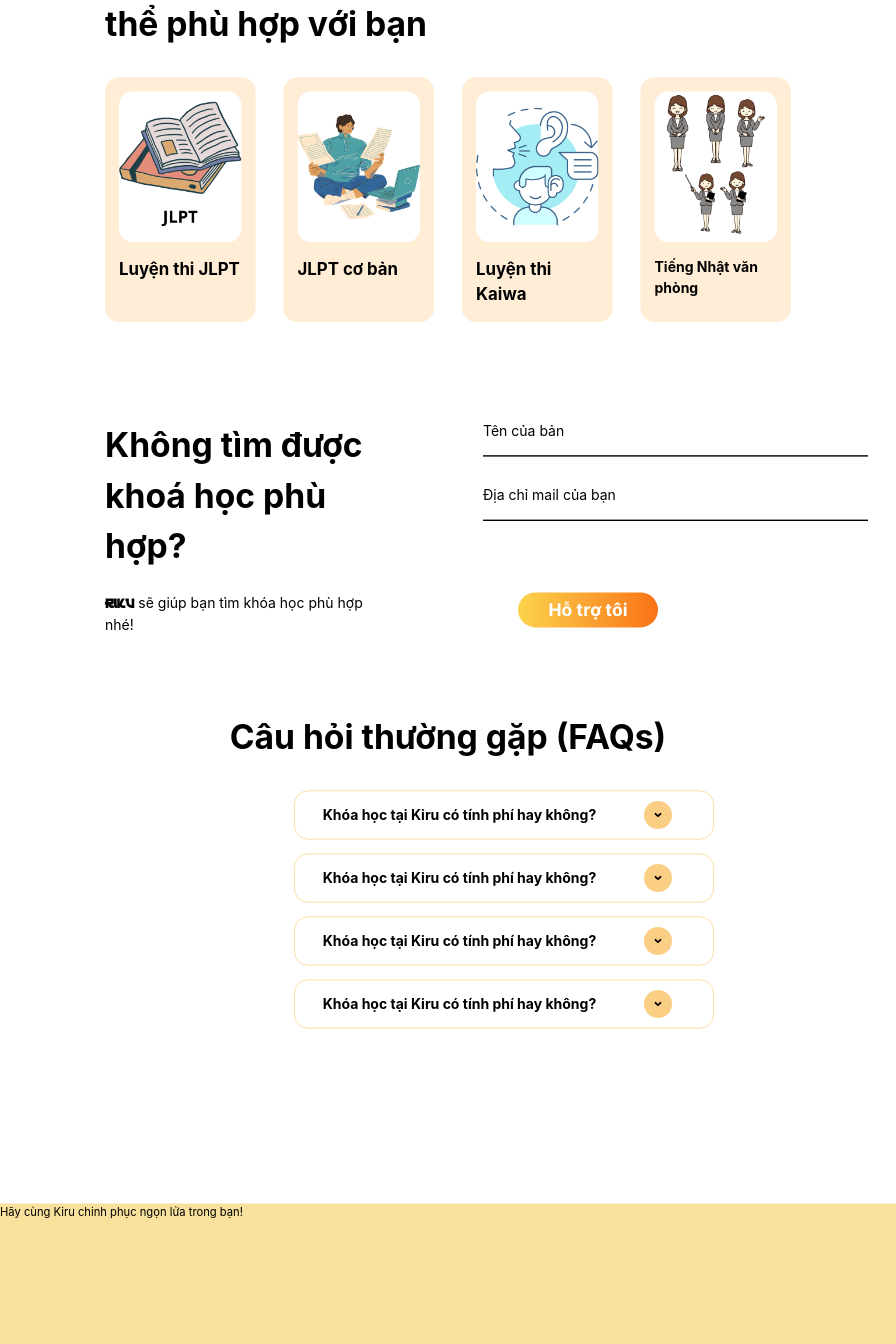
Repository: Quynhhuong150322/Kiru_Website-hoc-tieng-Nhat
Page: /
The author's editor kept a copy of each file at every save. The page is drawn from the files as they stood at one save, then again after the next save.
The browser window is 1280 px wide. The pictures show the part of the page from y = 2855 to 4775 px (the page is 4775 px tall), at 70% of full size.
The project was rebuilt for these pictures with package versions that can differ from the ones it lists, and the page was loaded fresh each time.

Above is the page before, as saved 2023-08-16 17:39:44.

### public/index.html
<!DOCTYPE html>
<html lang="en">
  <head>
    <meta charset="utf-8" />
    <link rel="icon" href="%PUBLIC_URL%/favicon.ico" />
    <meta name="viewport" content="width=device-width, initial-scale=1" />
    <meta name="theme-color" content="#000000" />
    <meta
      name="description"
      content="Web site created using create-react-app"
    />
    <link rel="apple-touch-icon" href="%PUBLIC_URL%/logo192.png" />
    <!--
      manifest.json provides metadata used when your web app is installed on a
      user's mobile device or desktop. See https://developers.google.com/web/fundamentals/web-app-manifest/
    -->
    <link rel="manifest" href="%PUBLIC_URL%/manifest.json" />
    <!--
      Notice the use of %PUBLIC_URL% in the tags above.
      It will be replaced with the URL of the `public` folder during the build.
      Only files inside the `public` folder can be referenced from the HTML.

      Unlike "/favicon.ico" or "favicon.ico", "%PUBLIC_URL%/favicon.ico" will
      work correctly both with client-side routing and a non-root public URL.
      Learn how to configure a non-root public URL by running `npm run build`.
    -->
    <title>Kiru web</title>
  </head>
  <body>
    <noscript>You need to enable JavaScript to run this app.</noscript>
    <div id="root"></div>
    <!--
      This HTML file is a template.
      If you open it directly in the browser, you will see an empty page.

      You can add webfonts, meta tags, or analytics to this file.
      The build step will place the bundled scripts into the <body> tag.

      To begin the development, run `npm start` or `yarn start`.
      To create a production bundle, use `npm run build` or `yarn build`.
    -->
  </body>
</html>

### src/index.js
import React from 'react';
import ReactDOM from 'react-dom/client';
import './index.css';
import App from './App';
import reportWebVitals from './reportWebVitals';
import { BrowserRouter} from "react-router-dom";


const root = ReactDOM.createRoot(document.getElementById('root'));
root.render(
  <React.StrictMode>
    <BrowserRouter>
      <App />
    </BrowserRouter>
  </React.StrictMode>
);

// If you want to start measuring performance in your app, pass a function
// to log results (for example: reportWebVitals(console.log))
// or send to an analytics endpoint. Learn more: https://bit.ly/CRA-vitals
reportWebVitals();

### src/App.js
import './App.css';
import HeaderBefor from "./component/HeaderBefor";
// import MyRoutes from './route/MyRoutes';
import GioiThieu from "./component/Gioi_thieu"
import KhoaHocBefor from "./component/Khoa_hoc_befor";
import LienHe from "./component/Lien_he";
import FAQs from "./component/FAQs";

function App() {
  return (
    <div className = "bg-white">
      {/* <MyRoutes></MyRoutes> */}
      <HeaderBefor></HeaderBefor>
      <GioiThieu></GioiThieu>
      <KhoaHocBefor></KhoaHocBefor>
      <LienHe></LienHe>
      <FAQs></FAQs>
    </div>
  );
}

export default App;

### src/App.css
.App {
  text-align: center;
}

.App-logo {
  height: 40vmin;
  pointer-events: none;
}

@media (prefers-reduced-motion: no-preference) {
  .App-logo {
    animation: App-logo-spin infinite 20s linear;
  }
}

.App-header {
  background-color: #282c34;
  min-height: 100vh;
  display: flex;
  flex-direction: column;
  align-items: center;
  justify-content: center;
  font-size: calc(10px + 2vmin);
  color: white;
}

.App-link {
  color: #61dafb;
}

@keyframes App-logo-spin {
  from {
    transform: rotate(0deg);
  }
  to {
    transform: rotate(360deg);
  }
}

@font-face {
  font-family: Japanese;
  src: url(./font/Japanese\ 3017.ttf);
}

@font-face {
  font-family: InterBold;
  src: url(./font/Inter-Bold.ttf);
}

@font-face {
  font-family: InterRegular;
  src: url(./font/Inter-Regular.ttf);
}

@font-face {
  font-family: Montserrat;
  src: url(./font/MontserratAlternates-Bold.otf);
}

### src/component/HeaderBefor.js
import React from "react";
import logo from "../image/logo.png"
import { Link } from "react-router-dom";

const Header = () => {
    return (
        <div className = "bg-white top-0 h-[70px] ">
            <div class="flex justify-between items-center p-1">
                <Link to = "/">
                    <div className="flex flex-row items-center gap-5 pl-[50px] justify-center">
                        <img
                            className="h-[55px] w-55px] rounded-full "
                            src = {logo}
                            alt = "logo"
                        />
                        <div className="font-japanese text-[40px] font-bold">Kiru</div>
                    </div>
                </Link>
                <div className=""></div>
                    <ul className="flex space-x-4 justify-start gap-10 font-interBold text-[17px] pr-28 ">
                        <li className="hover:text-yellow-500">
                            <Link to = "/GioiThieu">Giới Thiệu</Link>
                        </li>
                        <li className="hover:text-yellow-500">
                            <Link to = "/LienHe">Liên hệ</Link>
                        </li>
                        <li className="hover:text-yellow-500">
                            <Link to = "/KhoaHocBefor">Khoá học</Link>
                        </li>
                        <li className="hover:text-yellow-500">
                            <Link to = "/FAQs">FAQs</Link>
                        </li>
                    </ul>
                <div className="pr-[50px] flex items-center ">
                    <ul className="flex space-x-4 justify-start gap-1 font-interBold text-[17px] items-center">
                        <li>
                            <button
                                type="button"
                                className="w-[117px] h-10 rounded-[20px] hover:border-2 border-amber-500 hover:text-sky-500">
                                Đăng nhập
                            </button>
                        </li>
                        <li>
                            <button
                                type="button"
                                className = "w-28 h-10 rounded-[20px] text-white bg-gradient-to-r from-amber-300  to-orange-500 hover:border-2 border-amber-700 hover:text-sky-500">
                                Đăng ký
                            </button>
                        </li>
                    </ul>
                </div>
            </div>

        </div>
    );
};
export default Header;

### src/component/Khoa_hoc_befor.js
import React from "react";
import photo4 from "../image/photo4.png";
import photo5 from "../image/photo5.png";
import photo6 from "../image/photo6.png";
import photo7 from "../image/photo7.png";

const KhoaHocBefor = () => {
    return (
        <div className="">
            <div className="">
                <div className="pt-[100px] pl-[150px] font-inter font-bold text-[48px] w-[650px]">Gợi ý khóa học có thể phù hợp với bạn</div>
                <dic className="flex flex-row gap-10 px-[150px] py-10">
                    <div className="w-[250px] h-[350px] bg-orange-100 rounded-[20px] py-5 px-5">
                        <div className="">
                            <img
                                className=" rounded-[20px]  "
                                src = {photo4}
                                alt = "Photo4"
                            />
                        </div>
                        <div className="pt-5 font-inter font-bold text-[24px]">Luyện thi JLPT</div>
                    </div>
                    <div className="w-[250px] h-[350px] bg-orange-100 rounded-[20px] py-5 px-5">
                        <div className="">
                            <img
                                className=" rounded-[20px]  "
                                src = {photo5}
                                alt = "Photo5"
                            />
                        </div>
                        <div className="pt-5 font-inter font-bold text-[24px]">JLPT cơ bản</div>
                    </div>
                    <div className="w-[250px] h-[350px] bg-orange-100 rounded-[20px] py-5 px-5">
                        <div className="">
                            <img
                                className=" rounded-[20px]  "
                                src = {photo6}
                                alt = "Photo6"
                            />
                        </div>
                        <div className="pt-5 font-inter font-bold text-[24px]">Luyện thi Kaiwa</div>
                    </div>
                    <div className="w-[250px] h-[350px] bg-orange-100 rounded-[20px] py-5 px-5">
                        <div className="">
                            <img
                                className=" rounded-[20px]  "
                                src = {photo7}
                                alt = "Photo7"
                            />
                        </div>
                        <div className="pt-5 font-inter font-bold text-[20px]">Tiếng Nhật văn phòng</div>
                    </div>
                </dic>
            </div>
        </div>
    )
}
export default KhoaHocBefor;

### src/component/Lien_he.js
import React from "react";


const LienHe = () => {
    return (
        <div className="">
            <div className="grid grid-cols-2 gap-[100px] pt-[100px]">
                <div className="font-inter font-bold text-[48px] pl-[150px] ">Không tìm được khoá học phù hợp?</div>
                <div className="">
                    <div className="">
                        <p className="font-inter  text-[20px] pb-5">Tên của bản</p>
                        <div className="h-[2px] w-[550px] bg-black "></div>
                    </div>
                    <div className="">
                        <p className="font-inter  text-[20px] pb-5 pt-10">Địa chỉ mail của bạn</p>
                        <div className="h-[2px] w-[550px] bg-black "></div>
                    </div>
                </div>
            </div>
            <div className="grid grid-cols-2 gap-[200px] pt-[30px]">
                <div className="font-inter text-[20px] pl-[150px]"><a className="font-japanese font-bold">Riku</a> sẽ giúp bạn tìm khóa học phù hợp nhé!</div>
                <div className="">
                    <button
                        type="button"
                        className = "w-[200px] h-[50px] rounded-[40px] text-white bg-gradient-to-r from-amber-300  to-orange-500 hover:border-2 border-amber-700 hover:text-sky-500 font-interBold text-[25px] items-center">
                        Hỗ trợ tôi
                    </button>
                </div>
            </div>

        </div>
    )
}
export default LienHe;

### src/component/FAQs.js
import React from "react";
import {FaAngleDown} from "react-icons/fa";


const FAQs = () => {
    return (
        <div className="">
            <div className="">
                <div className="pt-[110px] font-inter font-bold text-[48px] text-center pb-10">Câu hỏi thường gặp (FAQs)</div>
                <div className="px-[420px] content-center  ">
                    <div className="h-[70px] w-[600px]  border border-amber-500/50 rounded-[20px]  px-10 grid grid-cols-2 gap-[400px] items-center">
                        <p className="flex-initial w-[800px] font-bold text-[20px]">Khóa học tại Kiru có tính phí hay không?</p>
                        <div className="w-[40px] h-[40px] bg-amber-500/50 rounded-[30px] items-center py-3 pl-3">
                            <FaAngleDown/>
                        </div>
                    </div>
                </div>
                <div className="px-[420px] content-center pt-5 ">
                    <div className="h-[70px] w-[600px]  border border-amber-500/50 rounded-[20px]  px-10 grid grid-cols-2 gap-[400px] items-center">
                        <p className="flex-initial w-[800px] font-bold text-[20px]">Khóa học tại Kiru có tính phí hay không?</p>
                        <div className="w-[40px] h-[40px] bg-amber-500/50 rounded-[30px] items-center py-3 pl-3">
                            <FaAngleDown/>
                        </div>
                    </div>
                </div>
                <div className="px-[420px] content-center pt-5 ">
                    <div className="h-[70px] w-[600px]  border border-amber-500/50 rounded-[20px]  px-10 grid grid-cols-2 gap-[400px] items-center">
                        <p className="flex-initial w-[800px] font-bold text-[20px]">Khóa học tại Kiru có tính phí hay không?</p>
                        <div className="w-[40px] h-[40px] bg-amber-500/50 rounded-[30px] items-center py-3 pl-3">
                            <FaAngleDown/>
                        </div>
                    </div>
                </div>
                <div className="px-[420px] content-center pt-5 ">
                    <div className="h-[70px] w-[600px]  border border-amber-500/50 rounded-[20px]  px-10 grid grid-cols-2 gap-[400px] items-center">
                        <p className="flex-initial w-[800px] font-bold text-[20px]">Khóa học tại Kiru có tính phí hay không?</p>
                        <div className="w-[40px] h-[40px] bg-amber-500/50 rounded-[30px] items-center py-3 pl-3">
                            <FaAngleDown/>
                        </div>
                    </div>
                </div>
            </div>
            <div className="pt-[250px]">
                <div className="h-[200px] bg-yellow-500/40">
                    <div className="">Hãy cùng Kiru chinh phục ngọn lửa trong bạn!</div>

                </div>
            </div>
        </div>
    )
}
export default FAQs;

### tailwind.config.js
/** @type {import('tailwindcss').Config} */
module.exports = {
  content: ["./src/**/*.{html,js}"],
  // plugins: [require("tailwind-scrollbar")],
  theme: {
    extend: {
      fontSize: {
        sm: '9px',
        base: '13px',
        xl: '20px',
        '2xl': '60px',
        '3xl': '80px',
        '4xl': '90px',
        '5xl': '100px',
      }
    },
    screens: {
      'sm': {'min': '400px', 'max': '767px'},
      // => @media (min-width: 640px and max-width: 767px) { ... }

      'md': {'min': '768px', 'max': '1023px'},
      // => @media (min-width: 768px and max-width: 1023px) { ... }

      'lg': {'min': '1024px', 'max': '1279px'},
      // => @media (min-width: 1024px and max-width: 1279px) { ... }

      'xl': {'min': '1280px', 'max': '1535px'},
      // => @media (min-width: 1280px and max-width: 1535px) { ... }

      '2xl': {'min': '1536px'},
      // => @media (min-width: 1536px) { ... }
    },

    fontFamily: {
      japanese: ['"Japanese"'],
      interBold: ['"InterBold"'],
      interRegular: ['"InterRegular"'],
      montserrat: ['"Montserrat"']
    },
  },
  plugins: [],
}

Loaded but not shown: src/index.css (common file); src/reportWebVitals.js (common file); src/component/Gioi_thieu.js (187 lines, source omitted)

After the next save:
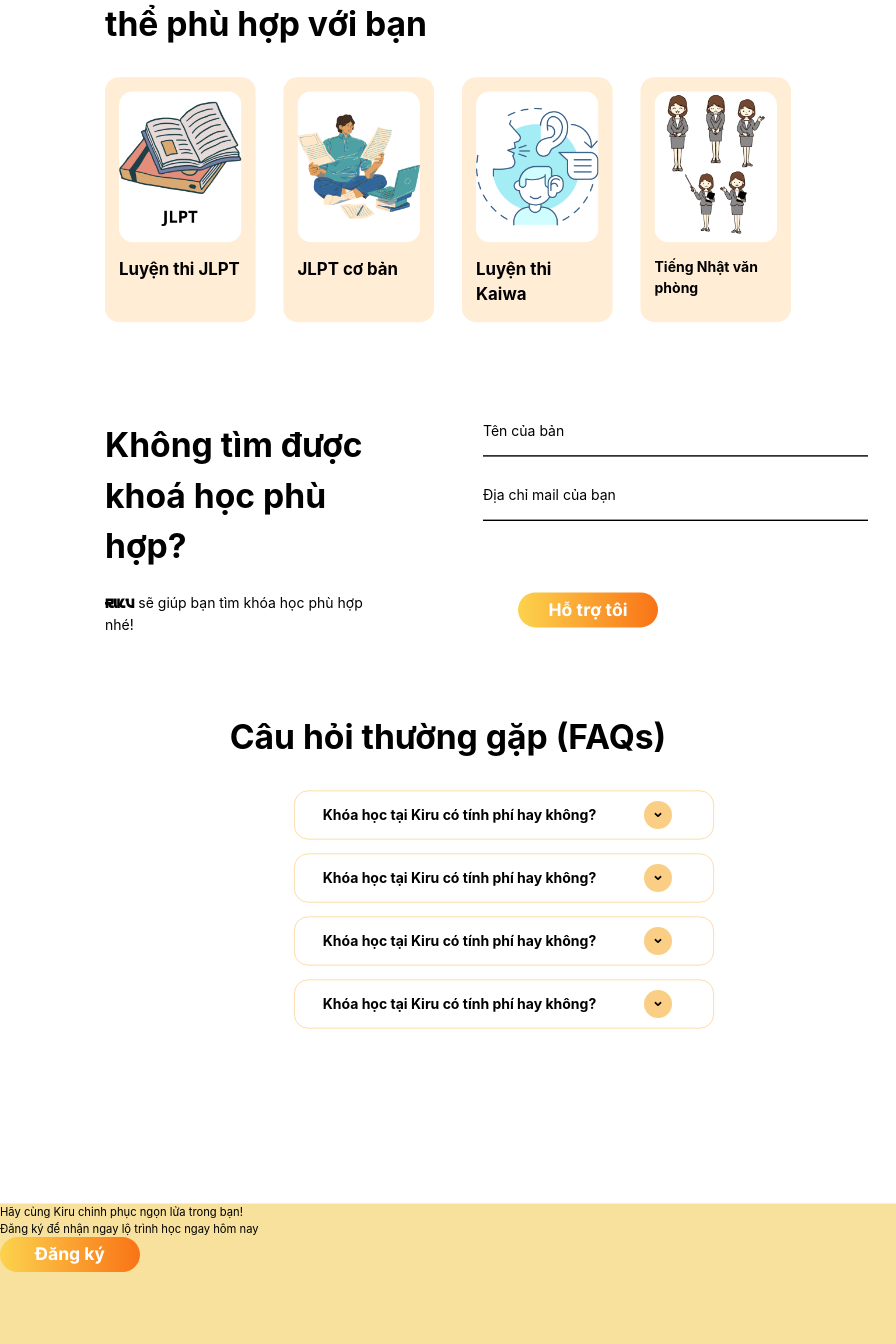
Saved 47 s later.
--- a/src/component/FAQs.js
+++ b/src/component/FAQs.js
@@ -43,7 +43,14 @@ const FAQs = () => {
             <div className="pt-[250px]">
                 <div className="h-[200px] bg-yellow-500/40">
                     <div className="">Hãy cùng Kiru chinh phục ngọn lửa trong bạn!</div>
-
+                    <p className="">Đăng ký để nhận ngay lộ trình học ngay hôm nay</p>
+                    <div className="">
+                    <button
+                        type="button"
+                        className = "w-[200px] h-[50px] rounded-[40px] text-white bg-gradient-to-r from-amber-300  to-orange-500 hover:border-2 border-amber-700 hover:text-sky-500 font-interBold text-[25px] items-center">
+                        Đăng ký
+                    </button>
+                </div>
                 </div>
             </div>
         </div>
